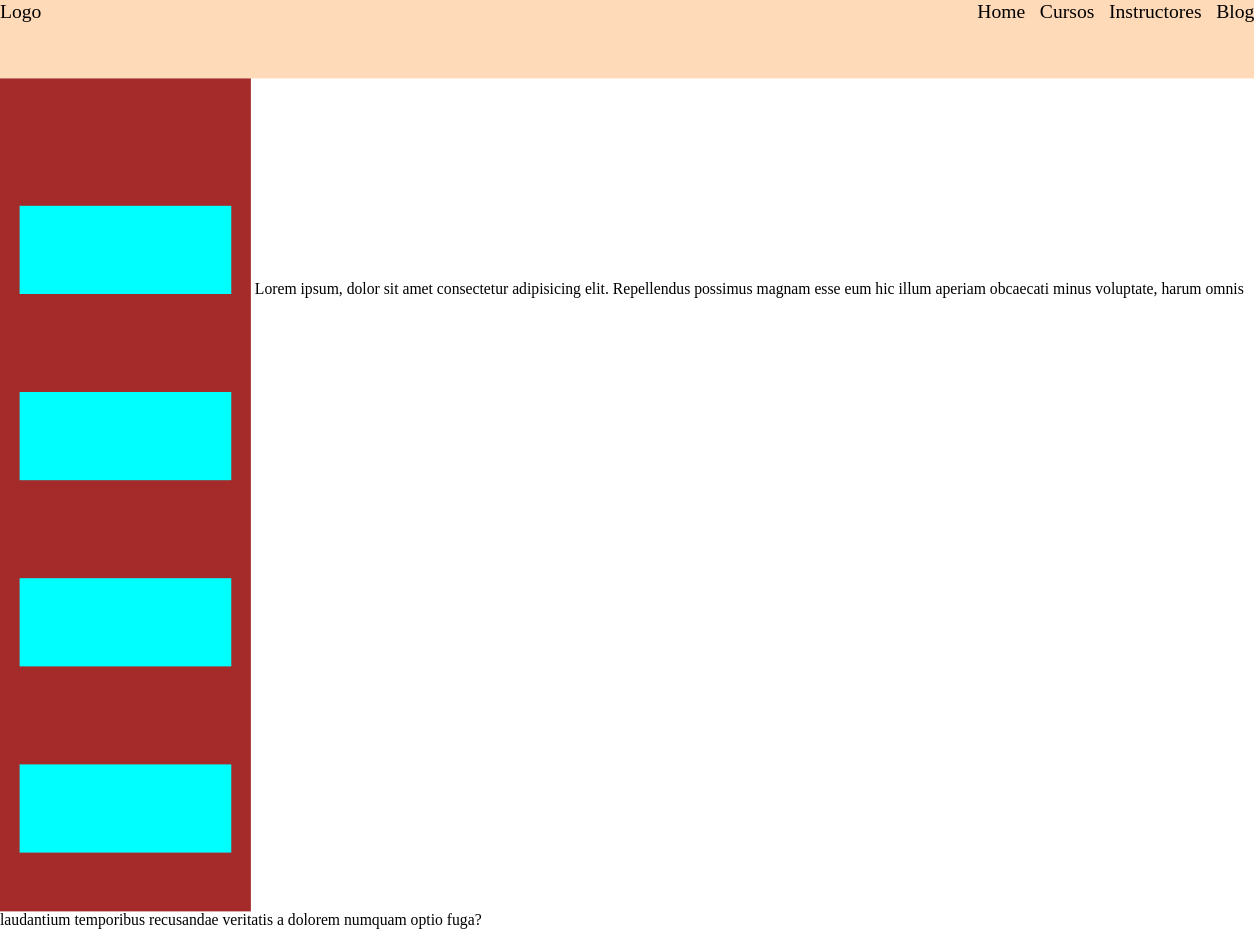
Repository: Daniel009980/daniel0099980
Page: desafiolayout1/index.html
An editor plug-in stored every save of this project. The page is shown before and after the next save, followed by the edit.
The browser window is 1280 px wide. The pictures show the whole page, at 98% of full size.

Above is the page before, as saved 2022-09-21 20:10:05.

### desafiolayout1/index.html
<!DOCTYPE html>
<html lang="en">
<head>
    <meta charset="UTF-8">
    <meta http-equiv="X-UA-Compatible" content="IE=edge">
    <meta name="viewport" content="width=device-width, initial-scale=1.0">
    <title>Desafio layout 1</title>
    <link rel="stylesheet" href="./style.css">
</head>
<body>
    <header class="cabeza">
    <p>Logo</p>
        <ul class="nav">
            <li>Home</li>
            <li>Cursos</li>
            <li>Instructores</li>
            <li>Blog</li>
        </ul>
    </header>
<section class="cosas">
    <ul class="ad">
        <li></li>
        <li></li>
        <li></li>
        <li></li>
    </ul>
</section>
    <span>Lorem ipsum, dolor sit amet consectetur adipisicing elit. Repellendus possimus
        magnam esse eum hic illum aperiam obcaecati minus voluptate, harum omnis laudantium
        temporibus recusandae veritatis a dolorem numquam optio fuga?</span>

</body>
</html>

### desafiolayout1/style.css
*{
    box-sizing: border-box;
    margin: 0;
    padding: 0;
}

.nav li{
    display: inline-block;
    padding-left: 10px;

}

.cabeza p{
    display: inline-block;
    font-size: 20px;

}

.cabeza{
    background-color: peachpuff;
    height: 80px;
    display: flex;
    justify-content: space-between;
    flex-wrap: wrap;
}
.nav {
    list-style: none;
    font-size: 20px;
    /* text-align: right; */
}

.cosas{
    width: 20%;
    display: inline-block;
}


.ad{
    background-color: brown;
    padding-top: 50px;
    height: 850px;
    display: flex;
    flex-direction: column;
    list-style: none;
}

.ad li{
    background-color: aqua;
    margin: 20px;
    margin-top: 80px;
    height: 90px;
}

After the next save:
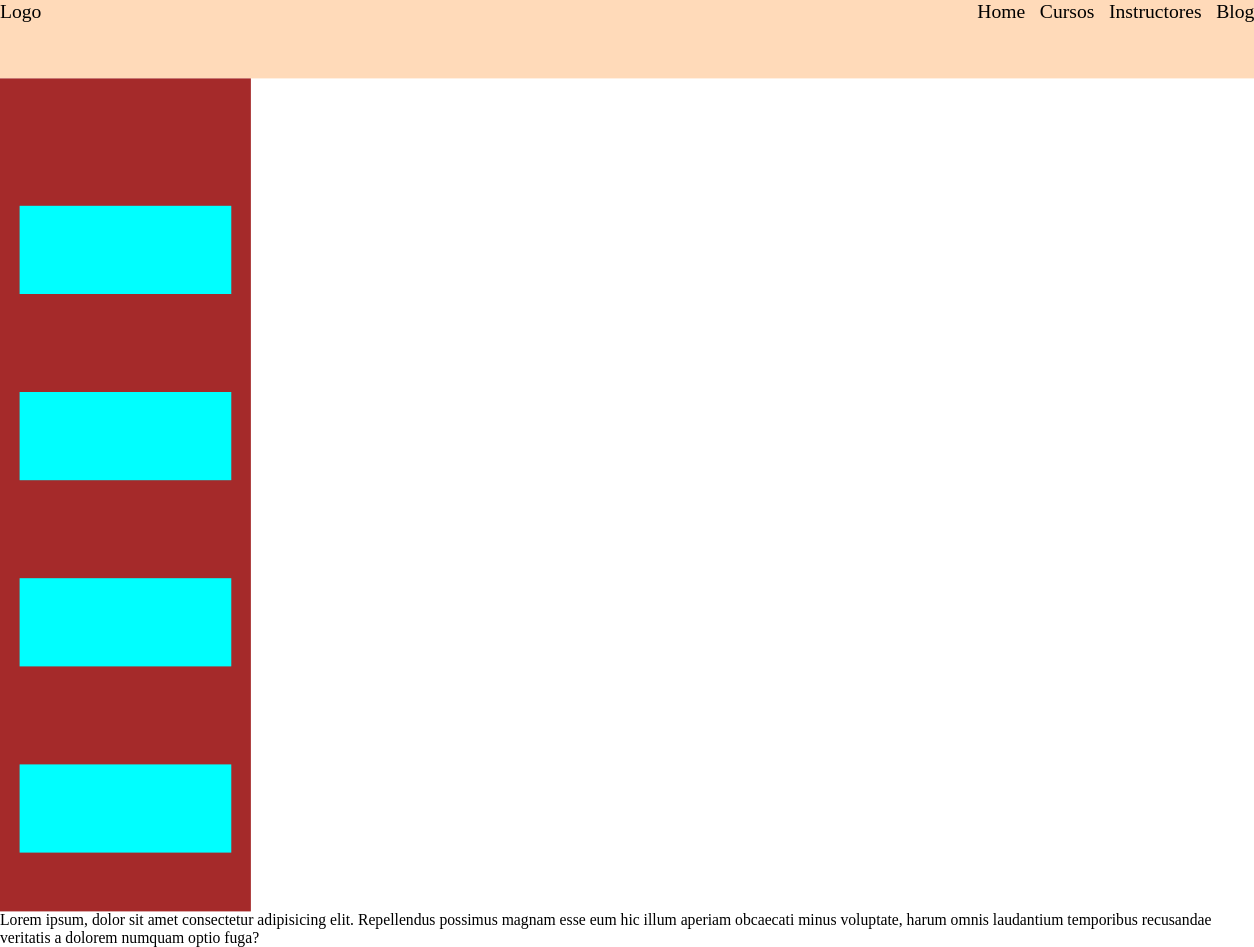
Saved 20 s later.
--- a/desafiolayout1/index.html
+++ b/desafiolayout1/index.html
@@ -25,9 +25,10 @@
         <li></li>
     </ul>
 </section>
+<aside>
     <span>Lorem ipsum, dolor sit amet consectetur adipisicing elit. Repellendus possimus
         magnam esse eum hic illum aperiam obcaecati minus voluptate, harum omnis laudantium
         temporibus recusandae veritatis a dolorem numquam optio fuga?</span>
-
+    </aside>
 </body>
 </html>
